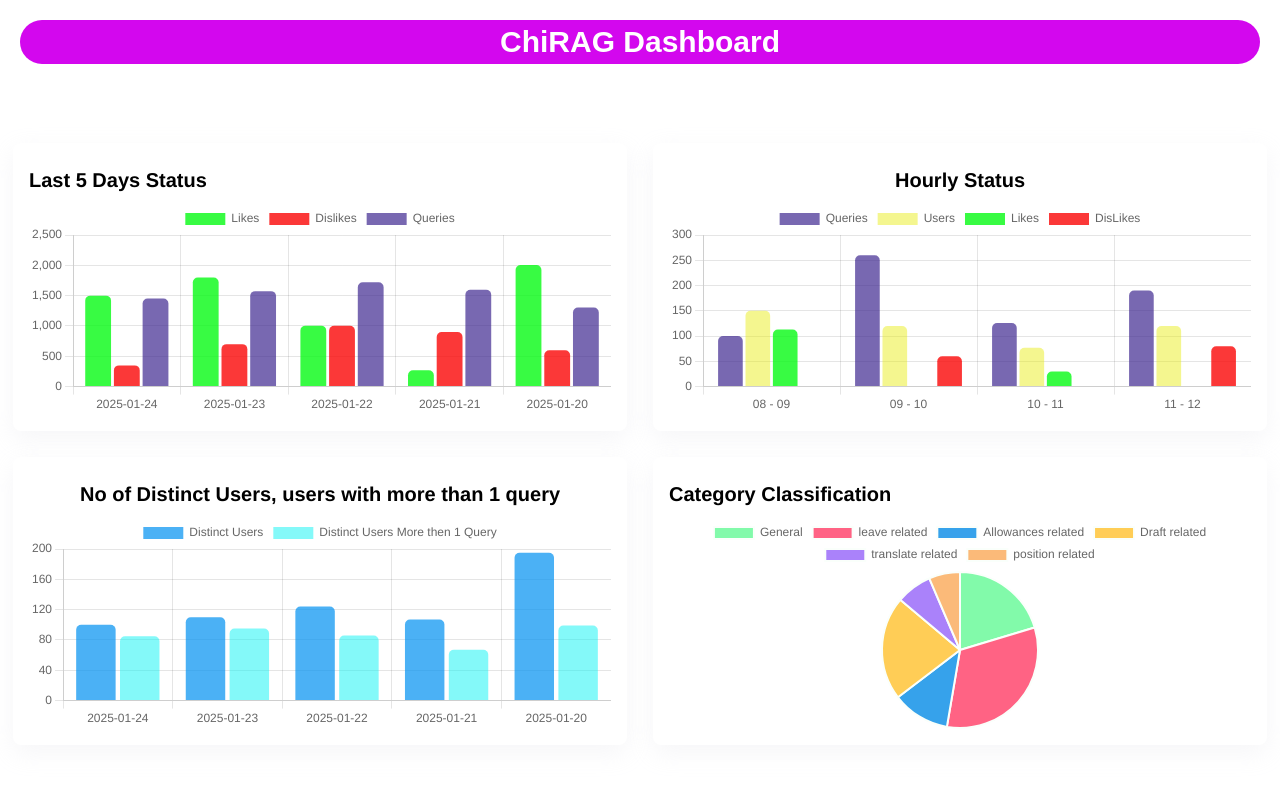
Repository: NAGARAJ-DEVELOPER/Dashboard
Page: /
An editor plug-in stored every save of this project. The page is shown before and after the next save, followed by the edit.
The browser window is 1280 px wide. The pictures show the whole page.
The project was rebuilt for these pictures with package versions that can differ from the ones it lists, and the page was loaded fresh each time. Also part of the build but not shown: vite.config.js.

Above is the page before, as saved 2025-02-16 16:40:33.

### src/App.jsx
import React from "react";
import { Chart as ChartJS, defaults } from "chart.js/auto";
import { Bar, Doughnut, Line, Pie } from "react-chartjs-2";
import { useState,useEffect } from "react";

import "./App.css";




defaults.maintainAspectRatio = false;
defaults.responsive = true;

defaults.plugins.title.display = true;
defaults.plugins.title.align = "start";
defaults.plugins.title.font.size = 20;
defaults.plugins.title.color = "black";

export const App = () => {

  const [Week, setWeekData] = useState([]);
  const [toady, setTodayData] = useState([]);
  const [user, setUserData] = useState([]);
  const [category, setCategoryData] = useState([]);

  useEffect(() => {
      fetch("./config.json") // Load config file
          .then((response) => response.json())
          .then((config) => {
              // Fetch JSON files dynamically
              console.log("Success");
              loadJSON(config.week, setWeekData);
              loadJSON(config.today, setTodayData);
              loadJSON(config.user, setUserData);
              loadJSON(config.category, setCategoryData);
          })
          .catch((error) => console.error("Error loading config.json:", error));
  }, []);

  const loadJSON = (path, setter) => {
      fetch(path)
          .then((response) => response.json())
          .then((data) => setter(data))
          .catch((error) => console.error(`Error loading ${path}:`, error));
  };

  return (
   <>
   <div className="HeaderStyle">
   <h1 >ChiRAG Dashboard</h1>
   </div>
    <div className="App">

        <div className="dataCard categoryCard">
        <Bar
          data={{
            labels: Week.map((data) => data.DATE1),
            datasets: [
              {
                label: "Likes",
                data: Week.map((data) => data.number_of_likes),
                backgroundColor: [
             "rgba(7, 250, 20, 0.8)",
                ],
                borderRadius: 5,
              },
              {
                label: "Dislikes",
                data: Week.map((data) => data.number_of_dislikes),
                backgroundColor: [

                  "rgba(250, 7, 7, 0.8)",

                ],
                borderRadius: 5,
              },
              {
                label: "Queries",
                data: Week.map((data) => data.number_of_ques),
                backgroundColor: [
                  "rgba(63, 40, 145, 0.7)",
                ],
                borderRadius: 5,
              },
            ],
          }}
          options={{
            plugins: {
              title: {
                text: "Last 5 Days Status",
              },
            },
          }}
        />
      </div>


      <div className="dataCard categoryCard">
        <Bar
          data={{
            labels: toady.map((data) => data.B_TIME),
            datasets: [
              {
                label: "Queries",
                data: toady.map((data) => data.C_Questions),
                backgroundColor: [
                  "rgba(63, 40, 145, 0.7)",
                ],
                borderRadius: 5,
              },
              {
                label: "Users",
                data: toady.map((data) => data.D_Users),
                backgroundColor: [

                  "rgba(231, 235, 8, 0.45)",

                ],
                borderRadius: 5,
              },
              {
                label: "Likes",
                data: toady.map((data) => data.F_Likes),
                backgroundColor: [
                  "rgba(7, 250, 20, 0.8)",
                ],
                borderRadius: 5,
              },
              {
                label: "DisLikes",
                data: toady.map((data) => data.Dis_Likes),
                backgroundColor: [
                  "rgba(250, 7, 7, 0.8)",
                ],
                borderRadius: 5,
              },
            ],
          }}
          options={{
            plugins: {
              title: {
                text: "Hourly Status",
                align:'center',
              },
            },
          }}
        />
      </div>


      <div className="dataCard categoryCard">
        <Bar
          data={{
            labels: user.map((data) => data.DATE1),
            datasets: [
              {
                label: "Distinct Users",
                data: user.map((data) => data.number_of_distinct_users),
                backgroundColor: 'rgba(9, 149, 241, 0.73)',
                borderRadius: 5,
              },
              {
                label: "Distinct Users More then 1 Query",
                data: user.map((data) => data.Distinct_Users_more_1query),
                backgroundColor:'rgba(10, 243, 243, 0.5)',
                borderRadius: 5,
              },
            ],
          }}
          options={{
            plugins: {
              title: {
                text: "No of Distinct Users, users with more than 1 query",
                align:'center',
              },
            },
          }}
        />
      </div>


      <div className="dataCard categoryCard">
        <Pie
          data={{
            labels: category.map((data) => data.category),
            datasets: [
              {
                label: "Count",
                data: category.map((data) => data.COUNT_CAT),
                backgroundColor: [
                  'rgba(7, 245, 86, 0.5)',
         'rgb(255, 99, 132)',
      'rgb(54, 162, 235)',
      'rgb(255, 205, 86)',
        'rgba(86, 6, 245, 0.5)',
        'rgba(247, 129, 11, 0.55)',
                ],
                borderColor: [
                  'rgb(250, 255, 251)',
                  'rgb(250, 255, 251)',
                  'rgb(250, 255, 251)',
                  'rgb(250, 255, 251)',
                  'rgb(250, 255, 251)',
                  'rgb(250, 255, 251)',
                ],animation :Pie,
              },
            ],
          }}
          options={{
            plugins: {
              title: {
                text: "Category Classification",
              },
            },
          }}
        />
      </div>
    </div>
    </>
  );
};

### src/App.css
.App {
  height: 100vh;
  width: 100%;
  display: flex;
  flex-direction: row;
  align-items: center;
  justify-content: center;
  align-content: center;
  gap: 2vw;
  flex-wrap: wrap;
  background-color: #ffffff;
  overflow: auto;
}
.HeaderStyle{
  font-size: 15px;
  display: flex;
  justify-content: center; /* Horizontal alignment */
  align-items: center; /* Vertical alignment */
  background-color:  #d307ee;
  color: #ffffff;
  border-radius: 30px;
  margin: 20px;
  font-weight: bold;
  padding: 5px;
  border-color: #bdda1c;
}
.dotted {
  border-top: 20px dotted #0a0a0a;
}
.vl {
  border-left: 2px dashed rgb(8, 8, 8);
  height: 98%;
  position: absolute;
  left: 49%;
  margin-left: -3px;
  top: 0;
}
.dataCard {
  background-color: #ffffff;
  border-radius: 0.5em;
  box-shadow: rgba(208, 210, 218, 0.2) 0px 8px 24px;
  padding: 1em;
}

.revenueCard {
  width: 92%;
  height: 20rem;
}

.customerCard {
  width: 50%;
  height: 19rem;
}

.categoryCard {
  width: 48%;
  height: 18rem;
}

### public/config.json
{
    "week": "data/7days.json",
    "today": "data/Today.json",
    "user": "data/Users.json",
    "category": "data/Category.json"
  }

### public/data/7days.json
[
    {  "DATE1": "2025-01-24", "number_of_dislikes": 350, "number_of_likes": 1500,  "number_of_ques": 1452 },
    {  "DATE1": "2025-01-23", "number_of_dislikes": 700, "number_of_likes": 1800,  "number_of_ques": 1574 },
    {  "DATE1": "2025-01-22", "number_of_dislikes": 1003, "number_of_likes": 1005,  "number_of_ques": 1720 },
    {  "DATE1": "2025-01-21", "number_of_dislikes": 900, "number_of_likes": 270,  "number_of_ques": 1596 },
    {  "DATE1": "2025-01-20", "number_of_dislikes": 600, "number_of_likes": 2005,  "number_of_ques": 1304 }
  ]

### public/data/Today.json
[
  { "A_DATE": "2025-01-27", "B_TIME": "08 - 09", "C_Questions": 100, "D_Users": 150 ,"F_Likes": 113},
  { "A_DATE": "2025-01-27",  "B_TIME": "09 - 10", "C_Questions": 260, "D_Users": 120,"Dis_Likes":60},
  { "A_DATE": "2025-01-27", "B_TIME": "10 - 11", "C_Questions": 126, "D_Users": 77, "F_Likes": 30 },
  { "A_DATE": "2025-01-27", "B_TIME": "11 - 12", "C_Questions": 190, "D_Users": 120,"Dis_Likes":80 }
]

### public/data/Users.json
[
  {  "DATE1": "2025-01-24", "number_of_distinct_users": 100, "Distinct_Users_more_1query": 85 },
  {  "DATE1": "2025-01-23", "number_of_distinct_users": 110, "Distinct_Users_more_1query": 95 },
  {  "DATE1": "2025-01-22", "number_of_distinct_users": 124, "Distinct_Users_more_1query": 86  },
  {  "DATE1": "2025-01-21", "number_of_distinct_users": 107, "Distinct_Users_more_1query": 67  },
  {  "DATE1": "2025-01-20", "number_of_distinct_users": 195, "Distinct_Users_more_1query": 99  }
]

### public/data/Category.json
[
  { "category": "General", "COUNT_CAT": 2434 },
  { "category": "leave related", "COUNT_CAT": 3870 },
  { "category": "Allowances related", "COUNT_CAT": 1430 },
  { "category": "Draft related", "COUNT_CAT": 2569 },
  { "category": "translate related", "COUNT_CAT": 891 },
  { "category": "position related", "COUNT_CAT": 770 }
]

Loaded but not shown: index.html (common file); src/main.jsx (common file); src/index.css (common file)

After the next save:
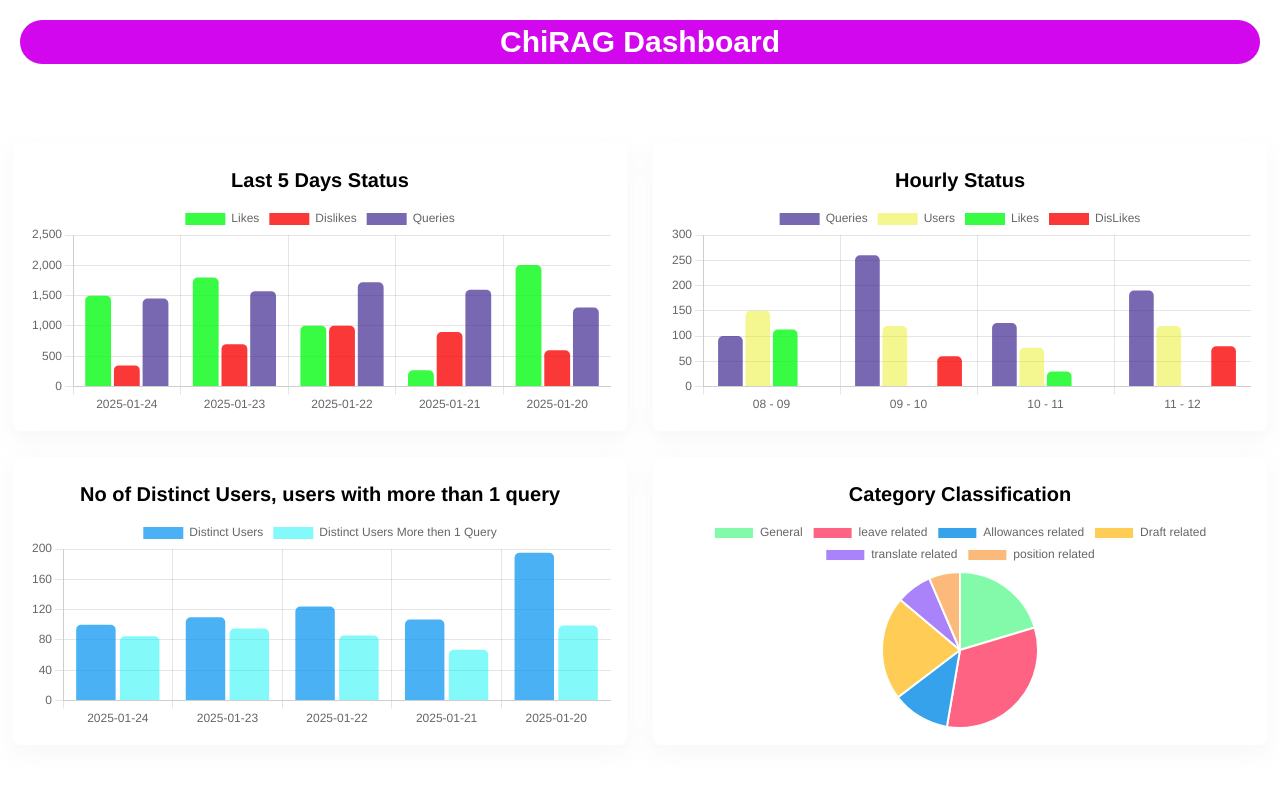
Saved 11 s later.
--- a/src/App.jsx
+++ b/src/App.jsx
@@ -88,6 +88,7 @@ export const App = () => {
             plugins: {
               title: {
                 text: "Last 5 Days Status",
+                align:'center',
               },
             },
           }}
@@ -210,6 +211,7 @@ export const App = () => {
             plugins: {
               title: {
                 text: "Category Classification",
+                align:'center',
               },
             },
           }}
